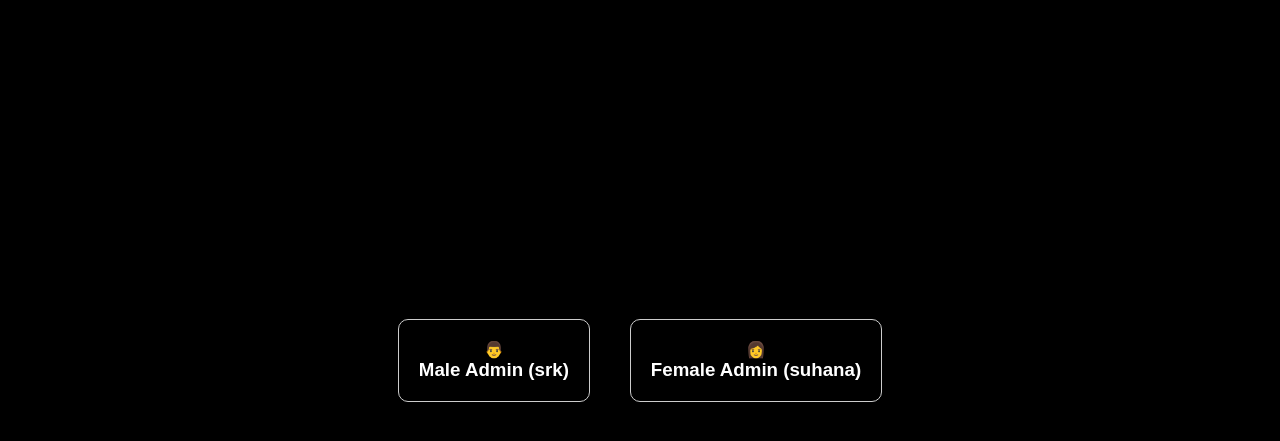
Repository: mdmisri/needy-talk
Page: /home (app in frontend/talk-d1/)
The author's editor kept a copy of each file at every save. The page is drawn from the files as they stood at one save, then again after a run of saves.
The browser window is 1280 px wide. The pictures show the whole page.
The page's requests for data from a server got no answer. The project was rebuilt for these pictures with package versions that can differ from the ones it lists, and the page was loaded fresh each time. No one was signed in, and anything a server would have sent is missing. Also part of the build but not shown: frontend/talk-d1/src/components/Login/Login.js, frontend/talk-d1/src/components/Register/Register.js, frontend/talk-d1/src/conversationUtils.js, frontend/talk-d1/src/hooks/useConversation.js, frontend/talk-d1/src/components/Chat/styles/Message.css, frontend/talk-d1/src/components/Chat/Message.js, frontend/talk-d1/src/components/Chat/styles/ChatBox.css, frontend/talk-d1/src/components/Chat/ChatBox.js and 2 more.

Above is the page before, as saved 2024-07-29 04:54:01.

After the next 2 saves:
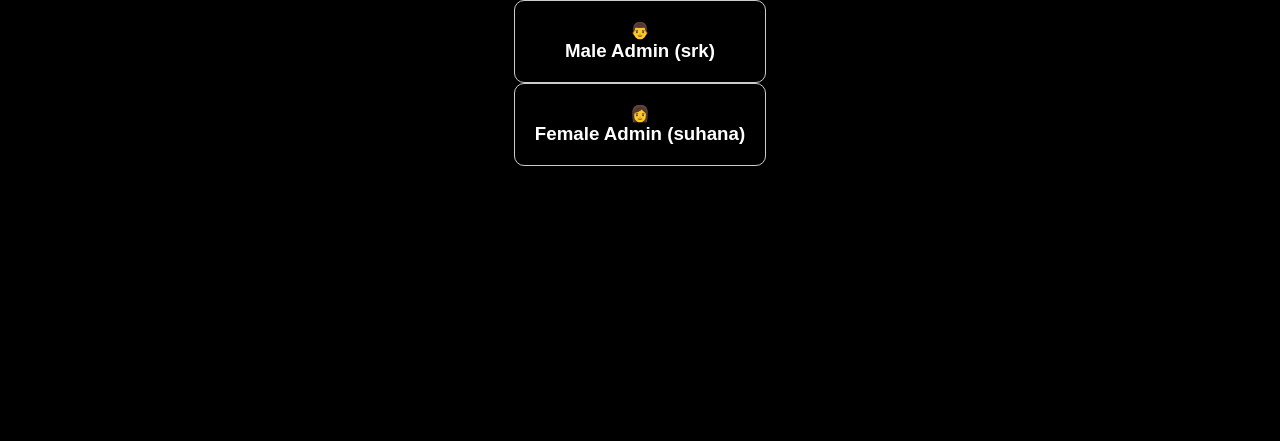
The 2 saves are shown as one change because they came seconds apart.
The last was saved 8 s later.
--- a/frontend/talk-d1/src/components/Chat/styles/AdminSelection.css
+++ b/frontend/talk-d1/src/components/Chat/styles/AdminSelection.css
@@ -1,6 +1,6 @@
 /* AdminSelection.css */
 .admin-selection-container {
-
+    color
     display: flex;
     justify-content: center;
     align-items: center;

After the save that followed:
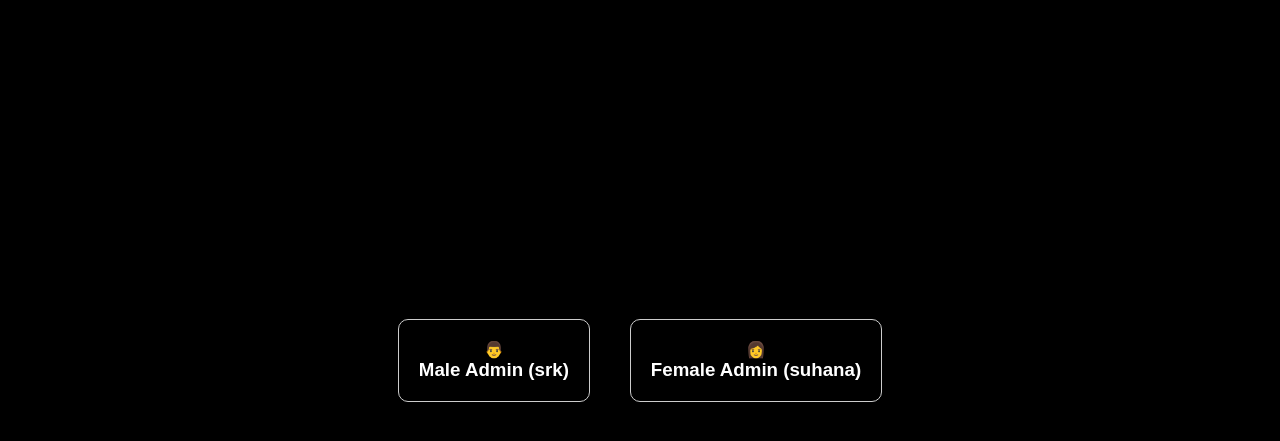
Saved 4 s later.
--- a/frontend/talk-d1/src/components/Chat/styles/AdminSelection.css
+++ b/frontend/talk-d1/src/components/Chat/styles/AdminSelection.css
@@ -1,6 +1,6 @@
 /* AdminSelection.css */
 .admin-selection-container {
-    color
+    color: white;
     display: flex;
     justify-content: center;
     align-items: center;
